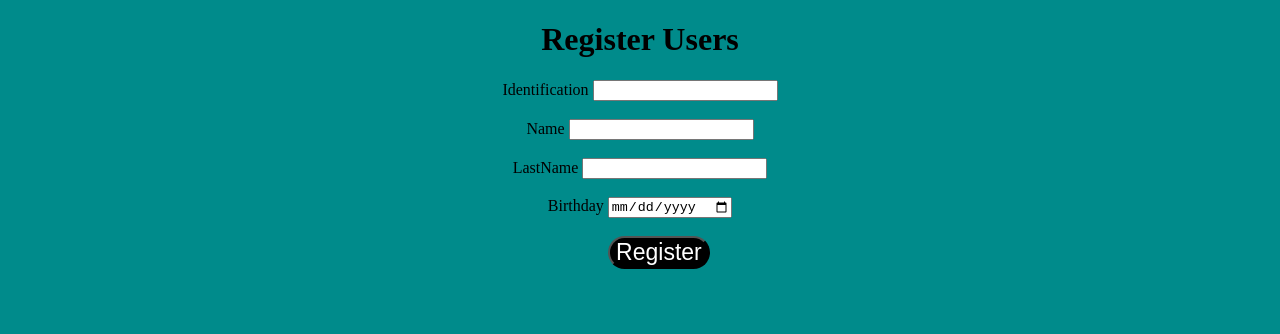
Repository: avanegas7/app-cym-repo
Page: Templates/Register.html
The author's editor kept a record of every edit. The page is drawn from the files as they stood at one moment, then again after the next edit.
The browser window is 1280 px wide. The pictures show the whole page.

Above is the page before.

After the next edit:
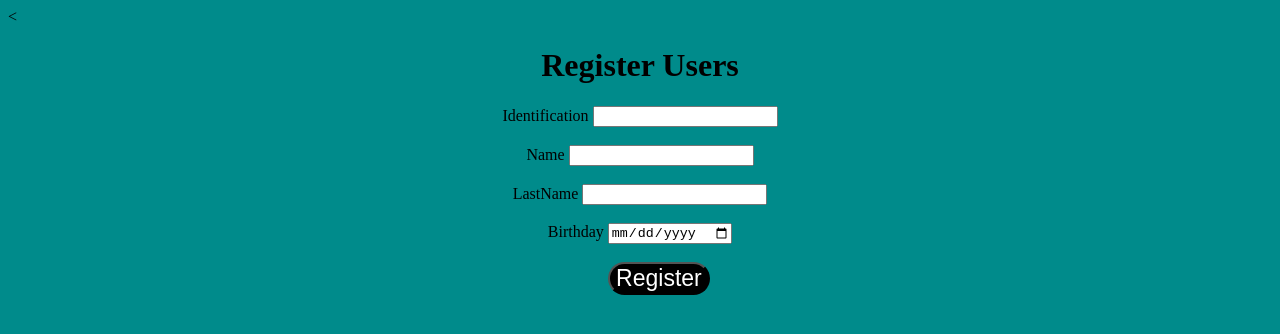
The edit:
--- a/Templates/Register.html
+++ b/Templates/Register.html
@@ -4,6 +4,7 @@
         <meta http-equiv="content-type" content="text/html; charset=utf-8" />
         <title>Register</title>
         <link rel="stylesheet" href="../Static/CSS/StyleRegister.css" type="text/css" />
+        <<script src="../Static/Js/Register.js" type="text/javascript" charset="utf-8"></script>
     </head>
     <body>
         <h1>Register Users</h1>
